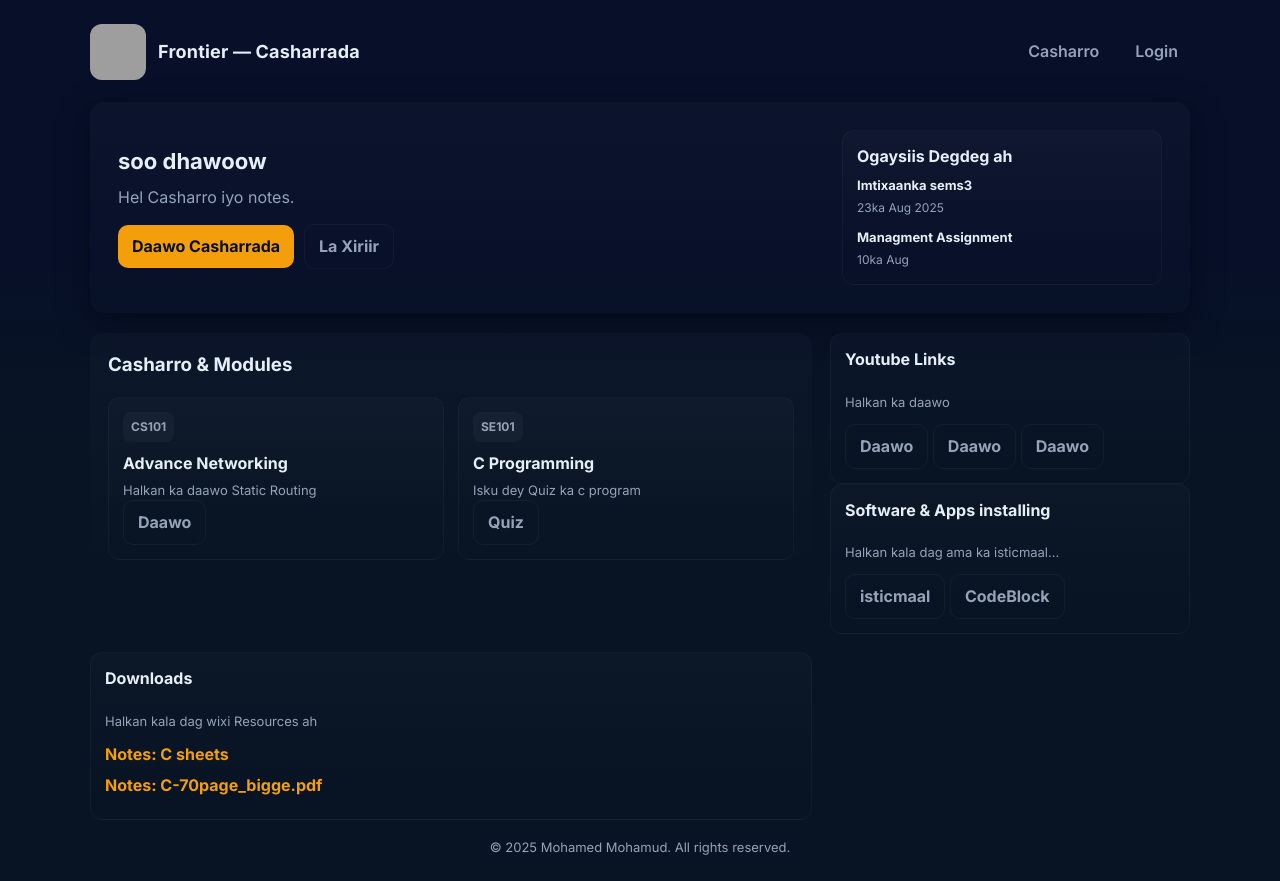
Repository: mrfiiqane/Al-Tacaawun.com
Page: index.html
These files come from the project's save history. The page is drawn as it stood at one moment and after a run of saves; the edit follows.
The browser window is 1280 px wide. The pictures show the whole page.
Pictures or frames that could not be fetched are drawn as grey boxes.

Above is the page before, as saved 2025-08-12 08:50:39.

### index.html
<!doctype html>
<html lang="en">
<head>
  <meta charset="utf-8" />
  <meta name="viewport" content="width=device-width,initial-scale=1" />
  <title>Jaamacadda — Casharrada</title>
  <link rel="stylesheet" href="./style.css">

  <!-- Google Font (optional) -->
  <link href="https://fonts.googleapis.com/css2?family=Inter:wght@300;400;600;700&display=swap" rel="stylesheet">

</head>
<body>
  <div class="wrap">

    <header>
      <div class="brand">
        <div class="logo"></div>
        <div>
          <h1 class="site-title">Frontier — Casharrada</h1>
        </div>
      </div>

      <nav aria-label="Primary">
        <a href="#courses">Casharro</a>
        <a href="./Singin.html">Login</a>
      </nav>
    </header>

    <section class="hero">
      <div class="hero-left">

        <h2>soo dhawoow</h2>
        <p>Hel Casharro iyo notes.</p>

        <div class="cta-row">
          <a class="btn" href="#courses">Daawo Casharrada</a>
          <a class="btn secondary" href="#contact">La Xiriir</a>
        </div>
      </div>

      <div class="hero-right card">
        <h4 style="margin:0 0 8px 0">Ogaysiis Degdeg ah</h4>
        <ul class="ann-list">
          <li class="ann"><div><b>Imtixaanka sems3</b><small> 23ka Aug 2025</small></div></li>
          <li class="ann"><div><b>Managment Assignment</b><small> 10ka Aug</small></div></li>
        </ul>
      </div>
    </section>

    <div class="grid">
      <main>
        <!-- Courses -->
        <div id="courses" class="section">
          <h3 style="margin-top:0">Casharro & Modules</h3>
          <div class="courses">
            <article class="course">
              <span class="code">CS101</span>
              <h3>Advance Networking</h3>
              <p>Halkan ka daawo Static Routing</p>
              <a class="btn secondary" href="https://youtu.be/i_kWL7zncr0?si=UCBDJ3CswC6rXT9E" >Daawo</a>
            </article>
            <article class="course">
              <span class="code">SE101</span>
              <h3>C Programming</h3>
              <p>Isku dey Quiz ka c program</p>
              <a class="btn secondary" href="https://quiz-with-c.vercel.app/" >Quiz</a>
            </article>



          </div>
        </div>



      </main>

      <!-- Sidebar -->
      <aside>
        <div class="card">
          <h4 style="margin-top:0">Youtube Links</h4>
          <p class="site-sub">Halkan ka daawo</p>
          <ul style="margin:12px 0 0 0; padding:0; list-style:none;">
            <a class="btn secondary" href="https://youtu.be/eYBJgoVVvV4" >Daawo</a>
            <a class="btn secondary" href="https://youtu.be/OuTGAZUUJFI" >Daawo</a>
            <a class="btn secondary" href="https://youtu.be/sqkx3KoNXKo" >Daawo</a>
          </ul>
        </div>
        <div class="card">
          <h4 style="margin-top:0">Software & Apps installing</h4>
          <p class="site-sub">Halkan kala dag ama ka isticmaal...</p>
          <ul style="margin:12px 0 0 0; padding:0; list-style:none;">
            <a class="btn secondary" href="https://www.programiz.com/c-programming/online-compiler/" >isticmaal</a>
            <a class="btn secondary" href="https://sourceforge.net/projects/codeblocks/files/Binaries/25.03/Windows/codeblocks-25.03mingw-setup.exe/download" >CodeBlock</a>

          </ul>
        </div>

      </aside>
      <aside>
        <div class="card">
          <h4 style="margin-top:0">Downloads</h4>
          <p class="site-sub">Halkan kala dag wixi Resources ah</p>
          <ul style="margin:12px 0 0 0; padding:0; list-style:none;">
            <li style="margin-bottom:8px"><a href="./images/cheat_sheet_c.pdf" download="" style="color:var(--accent); text-decoration:none; font-weight:700">Notes: C sheets</a></li>
            <li style="margin-bottom:8px"><a href="./images/C-70page-begginers.pdf" download="" style="color:var(--accent); text-decoration:none; font-weight:700">Notes: C-70page_bigge.pdf</a></li>
          </ul>
        </div>

      </aside>
    </div>

    <footer>
      © <span id="year"></span> 2025 Mohamed Mohamud. All rights reserved.
    </footer>

  </div>

</body>
</html>

### style.css
:root{
      --bg:#0f1724;
      --card:#0b1220;
      --accent:#F59E0B;
      --muted:#94a3b8;
      --glass: rgba(255,255,255,0.04);
      --radius:14px;
      --maxw:1100px;
      font-family: "Inter", system-ui, -apple-system, "Segoe UI", Roboto, "Helvetica Neue", Arial;
    }
    *{box-sizing:border-box}
    html,body{
      height:80%
      width:80%
    }
    body{
      margin:0;
      background: linear-gradient(180deg,#071028 30%, #081424 50%);
      color:#e6eef8;
      -webkit-font-smoothing:antialiased;
      -moz-osx-font-smoothing:grayscale;
      line-height:1.45;
      padding:24px;
      display:flex;
      justify-content:center;
    }
    .wrap{
      width:100%;
      max-width:var(--maxw);
    }

    /* Header */
    header{
      display:flex;
      align-items:center;
      justify-content:space-between;
      gap:16px;
      margin-bottom:22px;
    }
    .brand{
      display:flex;
      align-items:center;
      gap:12px;
    }
    .logo{
      background-image: url('https://encrypted-tbn0.gstatic.com/images?q=tbn:ANd9GcTuMOF6fEdt8Zlo2HOTVPE4MufJVdZzyfTKlA&s');
      background-size:cover;
      background-position:center;
      background-repeat:no-repeat;
      width:56px;
      height:56px;
      border-radius:12px;
      display:flex;
      align-items:center;
      justify-content:center;
      font-weight:700;
      font-size:20px;
    }
    h1.site-title{
      margin:0;
      font-size:18px;
      letter-spacing:0.2px;
    }
    p.site-sub{ margin:0; color:var(--muted); font-size:13px }

    nav{
      display:flex;
      gap:12px;
      align-items:center;
    }
    nav a{
      color:var(--muted);
      text-decoration:none;
      font-weight:600;
      padding:8px 12px;
      border-radius:10px;
    }
    nav a:hover{ color:#fff; background:var(--glass) }

    /* Hero */
    .hero{
      background: linear-gradient(180deg, rgba(255,255,255,0.02), transparent);
      border-radius: var(--radius);
      padding:28px;
      display:flex;
      gap:24px;
      align-items:center;
      margin-bottom:20px;
      box-shadow: 0 10px 30px rgba(2,6,23,0.6);
    }
    .hero-left{flex:1}
    .hero-right{ width:320px; min-width:220px }
    .hero h2{ margin:0 0 8px 0; font-size:22px }
    .hero p{ margin:0 0 14px 0; color:var(--muted) }

    .cta-row{ display:flex; gap:10px; align-items:center }
    .btn{
      background:var(--accent);
      color:#081028;
      padding:10px 14px;
      border-radius:10px;
      font-weight:700;
      border:none;
      cursor:pointer;
      text-decoration:none;
      display:inline-block;
    }
    .btn.secondary{
      background:transparent;
      color:var(--muted);
      border:1px solid rgba(255,255,255,0.04);
    }

    /* Grid */
    .grid{
      display:grid;
      gap:18px;
      grid-template-columns: 1fr 360px;
    }

    /* Main content */
    main{ background:transparent }
    .section{
      background: linear-gradient(180deg, rgba(255,255,255,0.02), transparent);
      padding:18px;
      border-radius:12px;
      margin-bottom:16px;
    }

    /* Courses */
    .courses{
      display:grid;
      grid-template-columns: repeat(auto-fit,minmax(230px,1fr));
      gap:14px;
    }
    .course{
      background:linear-gradient(180deg, rgba(255,255,255,0.02), transparent);
      padding:14px;
      border-radius:12px;
      border:1px solid rgba(255,255,255,0.03);
      transition:transform .18s ease, box-shadow .18s ease;
    }
    .course:hover{ transform:translateY(-6px); box-shadow:0 12px 30px rgba(2,6,23,0.6) }
    .code{
      display:inline-block;
      background:rgba(255,255,255,0.03);
      padding:6px 8px;
      border-radius:8px;
      color:var(--muted);
      font-weight:700;
      font-size:12px;
    }
    .course h3{ margin:10px 0 6px 0; font-size:16px }
    .course p{ margin:0; color:var(--muted); font-size:13px }

    /* Sidebar cards */
    .card{
      background: linear-gradient(180deg, rgba(255,255,255,0.02), transparent);
      padding:14px;
      border-radius:12px;
      border:1px solid rgba(255,255,255,0.03);
    }
    .ann-list{ list-style:none; margin:0; padding:0; display:flex; flex-direction:column; gap:10px }
    .ann{
      display:flex; gap:10px; align-items:flex-start;
    }
    .ann b{ display:block; font-size:13px }
    .ann small{ color:var(--muted); font-size:12px }

    footer{
      margin-top:18px; text-align:center; color:var(--muted); font-size:13px;
    }

    /* Responsive */
    @media (max-width:768px){
    header{
      display:block;
      align-items:center;
      justify-content:space-around;
      gap:5px;
      margin-bottom:22px;
    }
    .hero, .grid{
      display: flex;
      flex-direction: column;
    }

    nav{
      gap:5px;
      justify-content: end;
    }
    .btn{
      padding:10px;
    }

    }

After the next 2 saves:
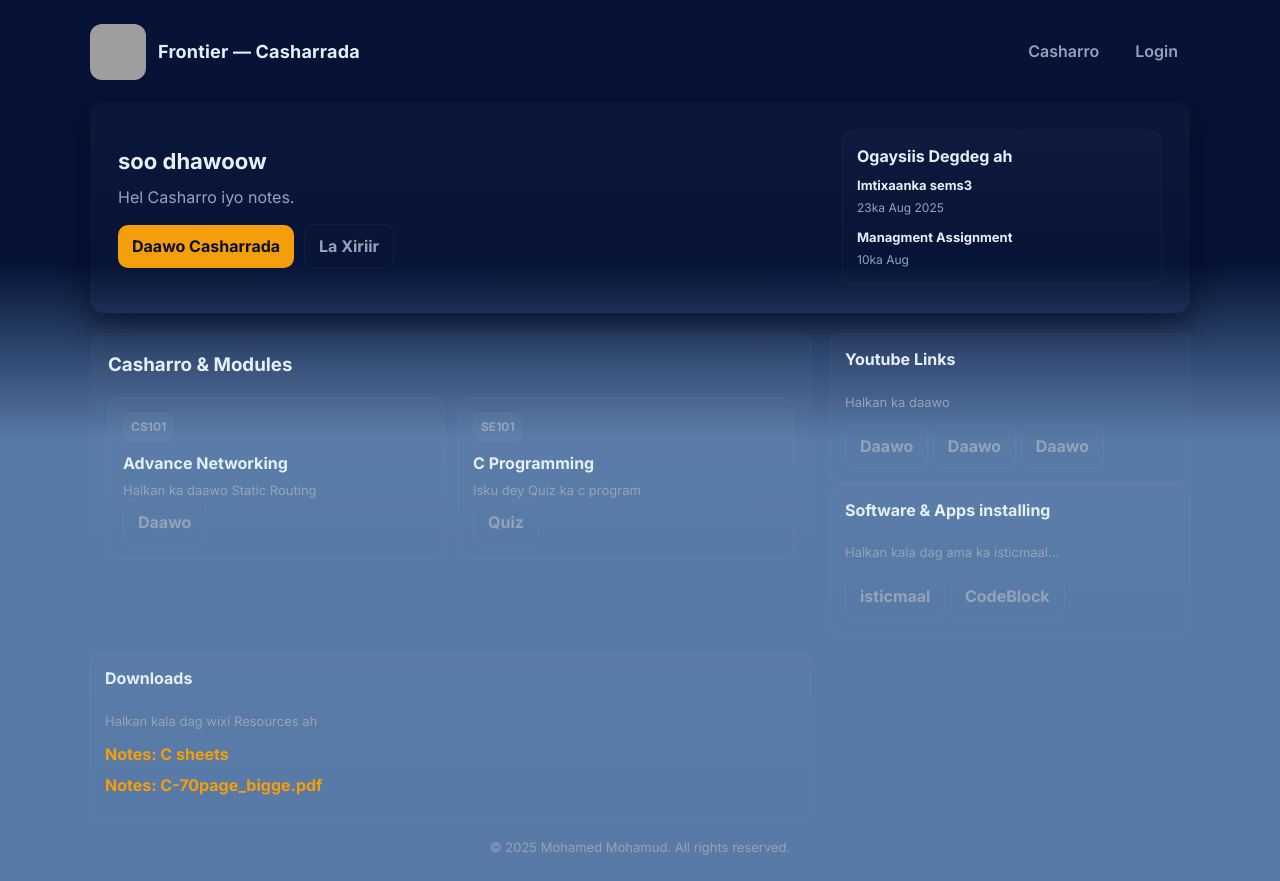
The 2 saves are shown as one change because they came seconds apart.
The last was saved 8 s later.
--- a/style.css
+++ b/style.css
@@ -15,7 +15,7 @@
     }
     body{
       margin:0;
-      background: linear-gradient(180deg,#071028 30%, #081424 50%);
+      background: linear-gradient(180deg,#061336 30%, #587aa7 50%);
       color:#e6eef8;
       -webkit-font-smoothing:antialiased;
       -moz-osx-font-smoothing:grayscale;
